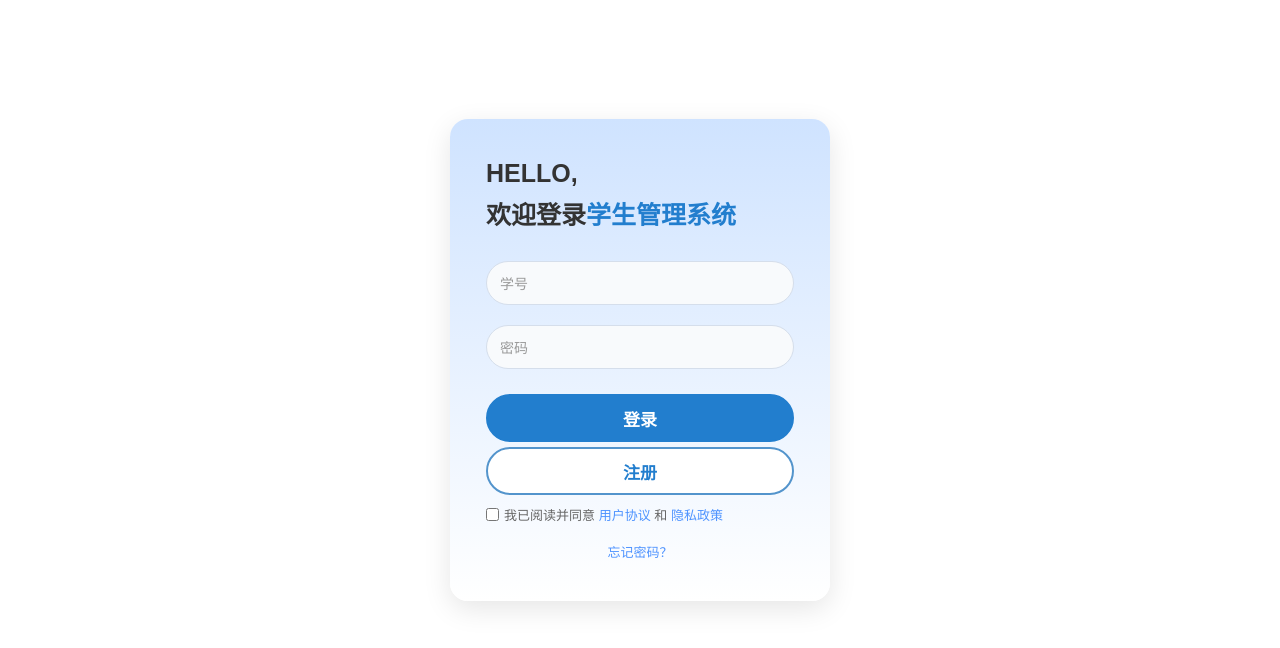
Repository: Nikawali/StudentManage
Page: src/main/webapp/login.html
The author's editor kept a copy of each file at every save. The page is drawn from the files as they stood at one save, then again after the next save.
The browser window is 1280 px wide. The pictures show the whole page.

Above is the page before, as saved 2026-06-03 19:00:28.

After the next save:
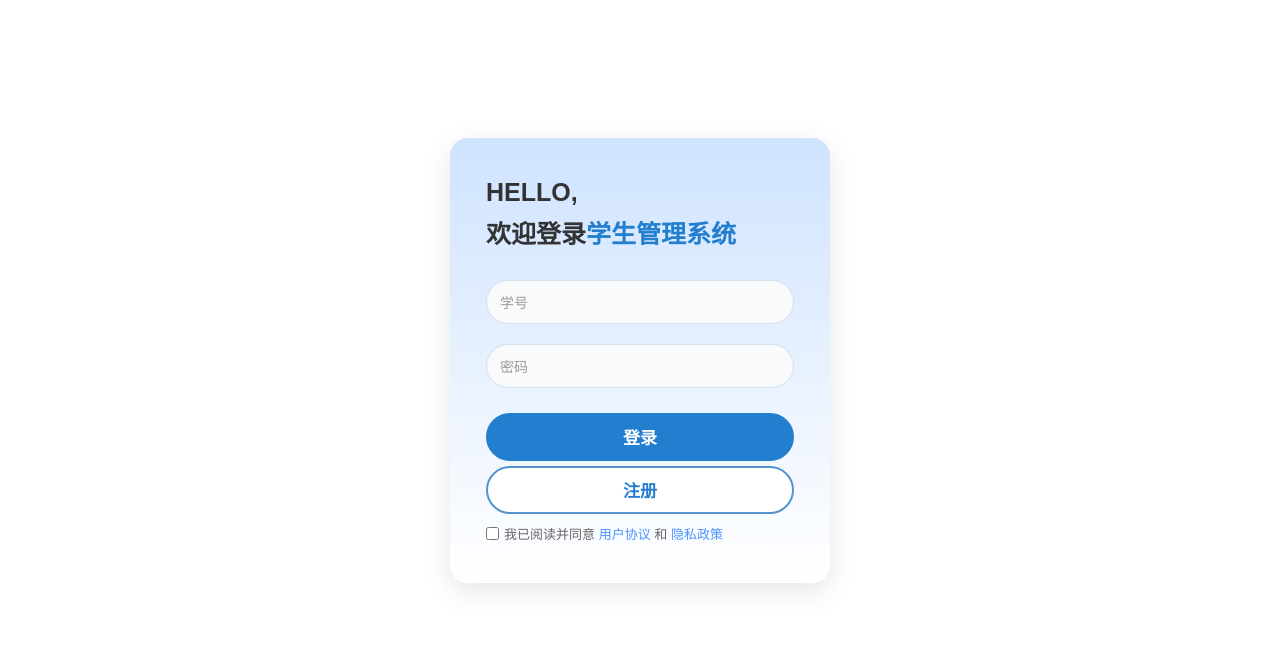
Saved 42 s later.
--- a/src/main/webapp/login.html
+++ b/src/main/webapp/login.html
@@ -30,9 +30,6 @@
         <label for="agree">我已阅读并同意 <a href="#">用户协议</a> 和 <a href="#">隐私政策</a></label>
       </div>
 
-      <div class="link">
-        <a href="forgetpw.html">忘记密码？</a>
-      </div>
     </form>
   </div>
 
